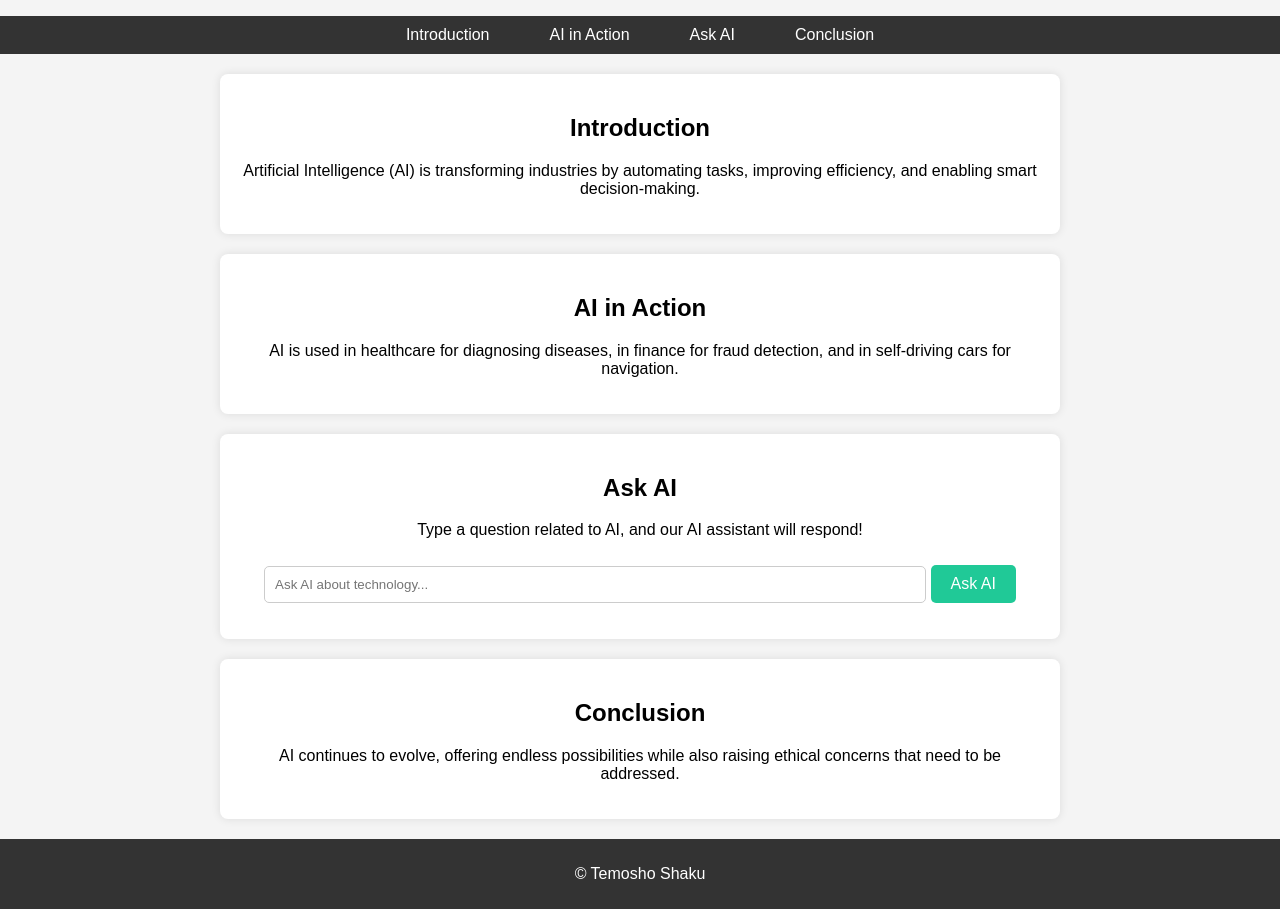
Repository: TemoshoS/ai
Page: index.html
These files come from the project's save history. The page is drawn as it stood at one moment and after the next save; the edit follows.
The browser window is 1280 px wide. The pictures show the whole page.

Above is the page before, as saved 2025-02-16 13:57:24.
Console error: TypeError: Cannot read properties of null (reading 'addEventListener')

After the next save:
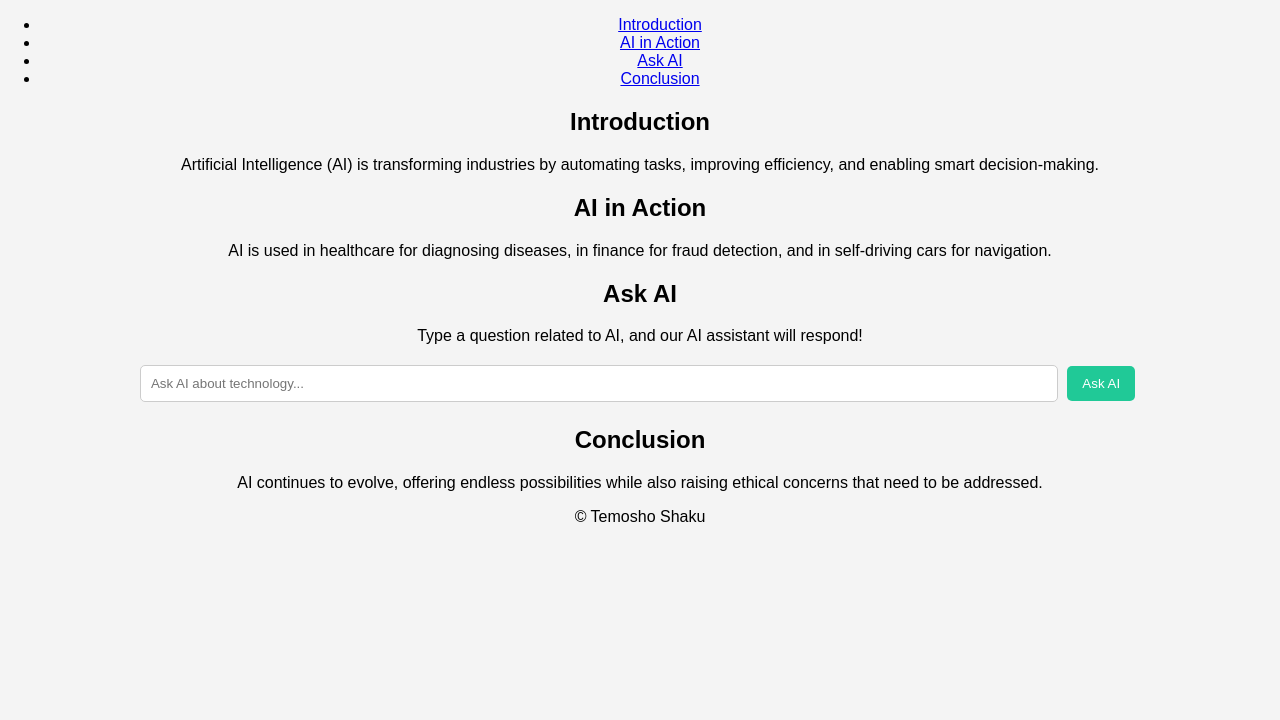
Saved 18 s later.
--- a/styles.css
+++ b/styles.css
@@ -1,72 +1,58 @@
 body {
     font-family: Arial, sans-serif;
+    text-align: center;
     margin: 0;
-    padding: 0;
-    background-color: #f4f4f4;
-    text-align: center;
+    background: #f4f4f4;
 }
 
-header {
-    background-color: #20C997;
-    color: white;
+.presentation {
+    max-width: 800px;
+    margin: 50px auto;
+    background: white;
+    padding: 20px;
+    border-radius: 8px;
+    box-shadow: 0px 0px 10px rgba(0, 0, 0, 0.1);
+    position: relative;
+}
+
+.slide {
+    display: none;
     padding: 20px;
 }
 
-nav ul {
-    list-style: none;
-    padding: 0;
-    background: #333;
-    display: flex;
-    justify-content: center;
+.slide.active {
+    display: block;
+    animation: fade 0.5s ease-in-out;
 }
 
-nav ul li {
-    margin: 0 15px;
+@keyframes fade {
+    from { opacity: 0; }
+    to { opacity: 1; }
 }
 
-nav ul li a {
-    color: white;
-    text-decoration: none;
-    padding: 10px 15px;
-    display: block;
+.controls {
+    margin-top: 20px;
 }
 
-nav ul li a:hover {
-    background-color: #20C997;
+button {
+    background: #20C997;
+    color: white;
+    padding: 10px 15px;
+    border: none;
+    cursor: pointer;
+    margin: 5px;
     border-radius: 5px;
 }
 
-section {
-    padding: 20px;
-    max-width: 800px;
-    margin: auto;
-    background: white;
-    margin-top: 20px;
-    border-radius: 8px;
-    box-shadow: 0px 0px 10px rgba(0, 0, 0, 0.1);
+button:hover {
+    background: #17a589;
 }
 
 input {
     padding: 10px;
-    width: 80%;
+    width: 70%;
     border: 1px solid #ccc;
     border-radius: 5px;
-    margin-top: 10px;
-}
-
-button {
-    background-color: #20C997;
-    color: white;
-    padding: 10px 20px;
-    border: none;
-    font-size: 16px;
-    cursor: pointer;
-    margin-top: 10px;
-    border-radius: 5px;
-}
-
-button:hover {
-    background-color: #17a589;
 }
 
 #aiResponse {
@@ -74,10 +60,3 @@ button:hover {
     color: #333;
     margin-top: 15px;
 }
-
-footer {
-    margin-top: 20px;
-    background-color: #333;
-    color: white;
-    padding: 10px;
-}
